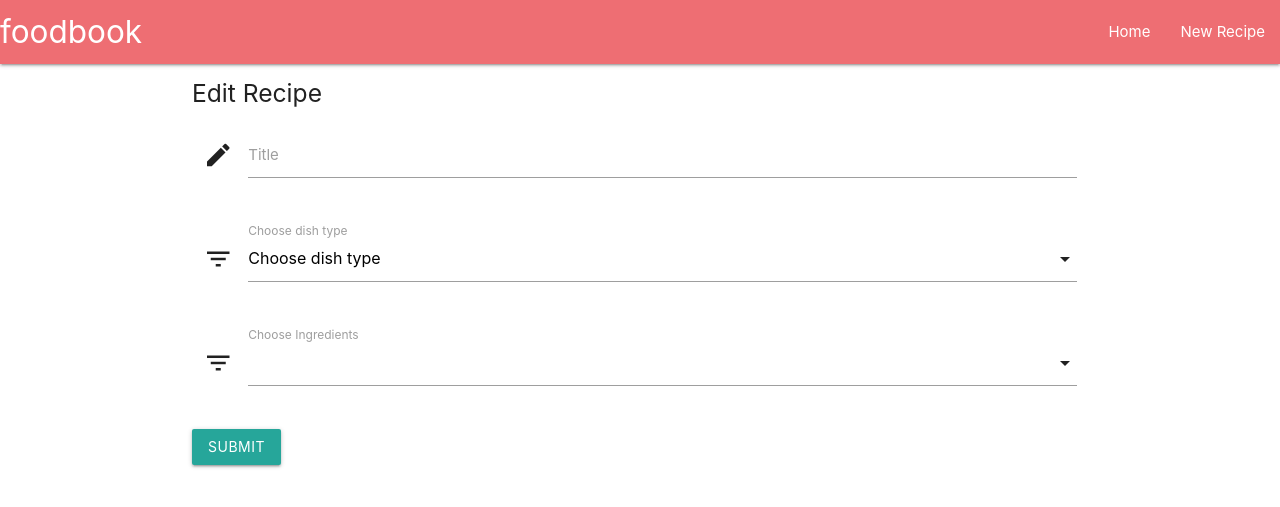
Repository: neillarkin/atari-app
Page: templates/edit_recipe.html
The author's editor kept a record of every edit. The page is drawn from the files as they stood at one moment, then again after the next edit.
The browser window is 1280 px wide. The pictures show the whole page.
The page is served by the project's application, run on Flask 3 (run.py). The template is opened directly, without the code that normally fills it, so the values that code supplies are empty.

Above is the page before.

### templates/edit_recipe.html
{% extends 'base.html' %} {% block content %}

<h5>Edit Recipe</h5>
<div class="row">
  <form action="{{ url_for('edit_recipe') }}" method="POST" class="col s12">

    <div class="row">
      <div class="input-field col s12">
        <i class="material-icons prefix">create</i>
        <input id="input_text" name="recipe_name" type="text" data-length="20" class="validate" value={{recipe.recipe_name}}>
        <label for="input_text">Title</label>
      </div>
    </div>

    <div class="row">
      <div class="input-field col s12">
        <i class="material-icons prefix">filter_list</i>
        <select id="category" name="category_name">
              <option value="" disabled selected>Choose dish type</option>
              {% for cat in categories %}
                    {% if cat.category_name == recipe.category_name%}
                    <option value="{{cat.category_name}}" selected>{{cat.category_name}}</option>
                    {% else %}
                    <option value="{{cat.category_name}}" >{{cat.category_name}}</option>
                {% endif %}
              {% endfor %}
            </select>
        <label>Choose dish type</label>
      </div>
    </div>

    <div class="row">
      <div class="input-field col s12">
        <i class="material-icons prefix">filter_list</i>
        <select id="ingredient" name="ingredient_name" multiple>
          <!--<option value="" disabled selected>Choose ingedients</option>-->
          {% for item in ingredients %}
              {% if item.ingredient_name in recipe.ingredients %}
                <option value="{{item.ingredient_name}}" selected>{{item.ingredient_name}}</option>
                {% else %}
                <option value="{{item.ingredient_name}}">{{item.ingredient_name}}</option>
                {% endif %}
           {% endfor %}
        </select>
        <label>Choose Ingredients</label>
      </div>
    </div>


    <div class="row">
      <button class="btn waves-effect waves-light" type="submit">Submit</button>
    </div>
  </form>

</div>
{% endblock %}

### templates/base.html
<!DOCTYPE html>
<html>

<head>
    <link rel="stylesheet" href="https://fonts.googleapis.com/icon?family=Material+Icons">
    <link rel="stylesheet" href="https://cdnjs.cloudflare.com/ajax/libs/materialize/1.0.0/css/materialize.min.css">
    <link rel=stylesheet href="/static/css/style.css">

    <!--<link rel="stylesheet" href="https://cdnjs.cloudflare.com/ajax/libs/materialize/0.100.2/css/materialize.min.css">-->
</head>

<body>
    <header>
        <nav>
            <div class="nav-wrapper">
                <a href="{{url_for('get_recipes')}}" class="brand-logo">foodbook</a>
                <a href="#" data-target="mobile-demo" class="sidenav-trigger"><i class="material-icons">menu</i></a>
                <ul class="right hide-on-med-and-down">
                    <li><a href="{{url_for('get_recipes')}}">Home</a></li>
                    <li><a href="{{url_for('add_recipe')}}">New Recipe</a></li>
                </ul>
                <ul class="sidenav" id="mobile-demo">
                    <li><a href="{{url_for('get_recipes')}}">Home</a></li>
                    <li><a href="{{url_for('add_recipe')}}">New Recipe</a></li>
                </ul>
            </div>
        </nav>
    </header>
    <div class="container">
        {% block content %} {% endblock %}
    </div>

    <script src="https://code.jquery.com/jquery-3.4.1.min.js" integrity="sha256-CSXorXvZcTkaix6Yvo6HppcZGetbYMGWSFlBw8HfCJo=" crossorigin="anonymous"></script>
    <script src="https://cdnjs.cloudflare.com/ajax/libs/materialize/1.0.0/js/materialize.min.js"></script>
    <script>
        $(document).ready(function() {
            $('.collapsible').collapsible();
            $('input#input_text, textarea#textarea2').characterCounter();
            $('select').formSelect();
            $('.sidenav').sidenav();
            //   $('select').material_select();
        });
    </script>
</body>

</html>

### run.py
import os
from flask import Flask, render_template, redirect, request, url_for
from flask_pymongo import PyMongo
from bson.objectid import ObjectId
from bson.objectid import ObjectId

app = Flask(__name__)

app.config["MONGO_DBNAME"] = 'recipe_db'
app.config['MONGO_URI'] = 'mongodb+srv://root:r00tUser@myfirstcluster-tbkzy.mongodb.net/recipe_db?retryWrites=true&w=majority'


mongo = PyMongo(app) #constructor method

#route decorator is a URL that redirects to a Python function
@app.route('/')
@app.route('/get_recipes')
def get_recipes():
    return render_template("recipes.html", recipes=mongo.db.recipes.find())



@app.route('/add_recipe')
def add_recipe():
    return render_template('add_recipe.html',
    ingredients=mongo.db.ingredients.find(),
    categories=mongo.db.categories.find())


@app.route('/create_recipe', methods=['POST'])
def create_recipe():
    recipes = mongo.db.recipes
    recipe_name = request.form.get('recipe_name')
    category_name = request.form.get('category_name')
    ingredient_list = request.form.getlist('ingredient_name')
    recipes.insert_one({
    'recipe_name': recipe_name,
    'category_name': category_name,
    'ingredients' : ingredient_list})
    return render_template("recipes.html", recipes=mongo.db.recipes.find())
    # return redirect(url_for('get_recipes'))

# recipes.insert_one(request.form.to_dict())
# request.form.getlist('ingredient_name')

@app.route('/edit_recipe/<recipe_id>')
def edit_recipe(recipe_id):
    the_recipe = mongo.db.recipes.find_one({"_id": ObjectId(recipe_id)})
    all_ingredients = mongo.db.ingredients.find()
    all_categories = mongo.db.categories.find()
    return render_template('edit_recipe.html', recipe=the_recipe, ingredients=all_ingredients, categories=all_categories)

@app.route('/update/<recipe_id>', methods=["POST"])
def update_recipe(recipe_id):
    recipes = mongo.db.recipes
    recipes.update( {'_id': ObjectId(recipe_id)},
    {
        'recipe_name':request.form.get('recipe_name'),
        'category_name':request.form.get('category_name'),
        'ingredient_name': request.form.get('ingredient_name')
     })
    return render_template("recipes.html", recipes=mongo.db.recipes.find())
    # return redirect(url_for('get_recipes'))


if __name__ == '__main__':
    app.run(host=os.environ.get('IP'),
            port=int(os.environ.get('PORT')),
            debug=True)

### static/css/style.css
.btn_small{
    height:24px;
    width:60px;
    line-height: 24px;
    margin: 5px;
    padding: 0 0.5em;
}

.recipe_header{
    margin-top: 5px;

}

After the next edit:
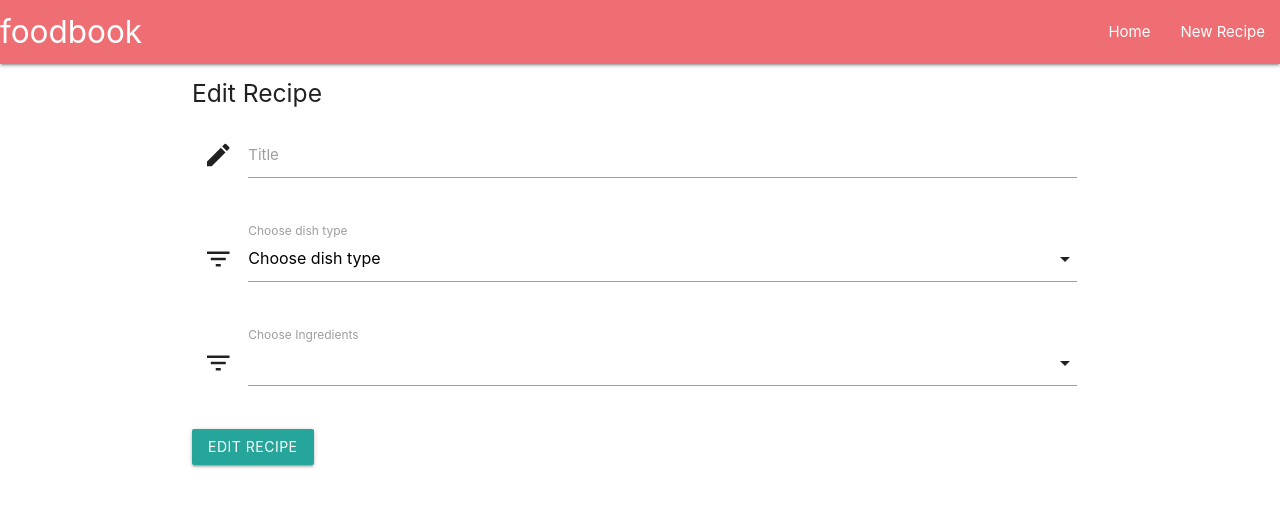
The edit:
--- a/templates/edit_recipe.html
+++ b/templates/edit_recipe.html
@@ -48,7 +48,7 @@
 
 
     <div class="row">
-      <button class="btn waves-effect waves-light" type="submit">Submit</button>
+      <button class="btn waves-effect waves-light" type="submit">Edit Recipe</button>
     </div>
   </form>
 
